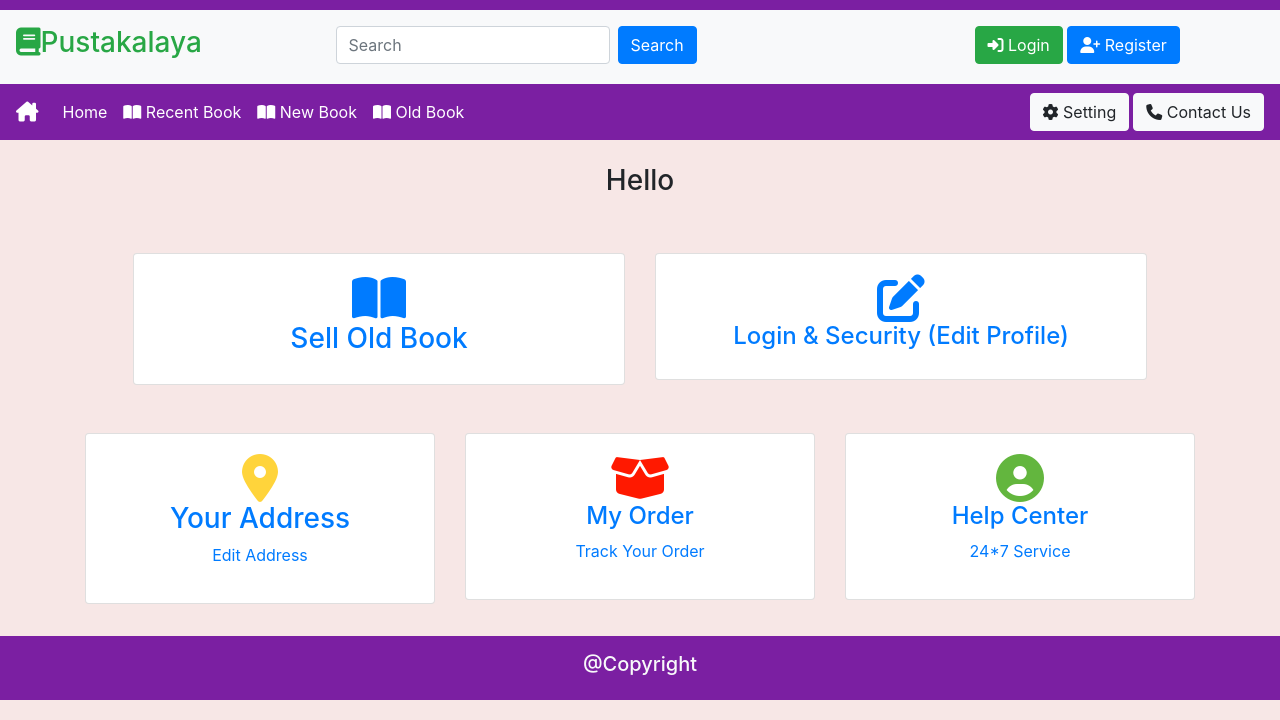
Repository: kalaprabhakar/Pustakalay_Web_Application
Page: http://localhost/E_Book_Management/setting.jsp
An editor plug-in stored every save of this project. The page is shown before and after the next save, followed by the edit.
The browser window is 1280 px wide. The pictures show the whole page.
Some web libraries are served in a nearby version. The page is served by Tomcat 10. Other server files are loaded and not shown.

Above is the page before, as saved 2024-02-28 14:06:51.

### E_Book_Management/src/main/webapp/setting.jsp
<%@ page language="java" contentType="text/html; charset=ISO-8859-1"
	pageEncoding="ISO-8859-1"%>
<!DOCTYPE html>
<html>
<head>
<meta charset="ISO-8859-1">
<title>Setting Page</title>
<%@ include file="all_component/allcss.jsp"%>

<style type="text/css">
.c1.a{

  text-decoration: none;
  color: black;

}

.c1.a:hover {
	text-decoration: none;
}

</style>
</head>
<body style="background-color: #f7e7e6">
	<%@ include file="all_component/navbar.jsp"%>
	<div class="container py-4 text-center">
		<h3>Hello ${userobj.name }</h3>
		<div class="row p-5">

			<div class="col-md-6 ">

				<a href="#" >
					<div class="card">
						<div class="card-body text-center">
							<div class="text-primary"><i class="fa-solid fa-book-open fa-3x"></i></div>
							<h3>Sell Old Book</h3>
						</div>
					</div>

				</a>


			</div>

			<div class="col-md-6">

				<a href="#">
					<div class="card">
						<div class="card-body text-center">
							<div class="text-primary"><i class="fa-solid fa-pen-to-square fa-3x"></i></div>
							<h4>Login & Security (Edit Profile)</h4>
						</div>
					</div>

				</a>


			</div>

		</div>

		<div class="row">

			<div class="col-md-4">

				<a href="#">
					<div class="card">
						<div class="card-body text-center">
							<div class="text-primary"><i class="fa-solid fa-location-dot fa-3x" style="color: #FFD43B;"></i></div>
							<h3>Your Address</h3>
							<p>Edit Address</p>
						</div>
					</div>

				</a>


			</div>

			<div class="col-md-4">

				<a href="#">
					<div class="card">
						<div class="card-body text-center">
							<div class="text-primary"><i class="fa-solid fa-box-open fa-3x" style="color: #ff1900;"></i></div>
							<h4>My Order</h4>
							<p>Track Your Order</p>
						</div>
					</div>

				</a>


			</div>
			<div class="col-md-4">

				<a href="#">
					<div class="card">
						<div class="card-body text-center">
							<div class="text-primary"><i class="fas fa-user-circle fa-3x" style="color: #63B63E;"></i></div>
							<h4>Help Center</h4>
							<p>24*7 Service</p>
						</div>
					</div>

				</a>


			</div>

		</div>

	</div>

<%@ include file="all_component/footer.jsp"%>
</body>
</html>

### E_Book_Management/src/main/webapp/all_component/allcss.jsp
<link rel="stylesheet"
	href="https://cdn.jsdelivr.net/npm/bootstrap@4.0.0/dist/css/bootstrap.min.css"
	integrity="sha384-Gn5384xqQ1aoWXA+058RXPxPg6fy4IWvTNh0E263XmFcJlSAwiGgFAW/dAiS6JXm"
	crossorigin="anonymous">

<script src="https://code.jquery.com/jquery-3.2.1.slim.min.js"
	integrity="sha384-KJ3o2DKtIkvYIK3UENzmM7KCkRr/rE9/Qpg6aAZGJwFDMVNA/GpGFF93hXpG5KkN"
	crossorigin="anonymous"></script>
<script
	src="https://cdn.jsdelivr.net/npm/popper.js@1.12.9/dist/umd/popper.min.js"
	integrity="sha384-ApNbgh9B+Y1QKtv3Rn7W3mgPxhU9K/ScQsAP7hUibX39j7fakFPskvXusvfa0b4Q"
	crossorigin="anonymous"></script>
<script
	src="https://cdn.jsdelivr.net/npm/bootstrap@4.0.0/dist/js/bootstrap.min.js"
	integrity="sha384-JZR6Spejh4U02d8jOt6vLEHfe/JQGiRRSQQxSfFWpi1MquVdAyjUar5+76PVCmYl"
	crossorigin="anonymous"></script>
<link rel="stylesheet"
	href="https://cdnjs.cloudflare.com/ajax/libs/font-awesome/6.5.1/css/all.min.css"
	integrity="sha512-DTOQO9RWCH3ppGqcWaEA1BIZOC6xxalwEsw9c2QQeAIftl+Vegovlnee1c9QX4TctnWMn13TZye+giMm8e2LwA=="
	crossorigin="anonymous" referrerpolicy="no-referrer" />

	<link  rel="stylesheet" href="all_component/style.css"/>

### E_Book_Management/src/main/webapp/all_component/navbar.jsp
<%@ taglib prefix="c" uri="http://java.sun.com/jsp/jstl/core"%>
<%@ page isELIgnored="false" %>

<div class="container-fluid" style="height : 10px ; background-color:  #7B1FA2 "></div>

<div class="container-fluid p-3 bg-light">
 <div class="row">
     <div class="col-md-3 text-success">
        <h3 > <i class="fa-solid fa-book"></i>Pustakalaya</h3>
     </div>
    <div class="col-md-6">
       <form class="form-inline my-2 my-lg-0">
      <input class="form-control mr-sm-2" type="search" placeholder="Search" aria-label="Search">
      <button class="btn btn-primary my-2 my-sm-0" type="submit">Search</button>
    </form>

    </div>
    <c:if test="${not empty userobj }">
    <div class="col-md-3">

    <a href="checkout.jsp" class="btn btn-ligh"><i class="fa-solid fa-cart-shopping  "></i></a>

      <a href="" class="btn btn-success"><i class="fa-solid fa-user-plus"></i>${userobj.name }</a>
      <a href="logout" class="btn btn-primary"><i class="fa-solid fa-right-to-bracket"></i> Logout</a>

    </div>

    </c:if>

    <c:if test="${ empty userobj }">
    <div class="col-md-3">
      <a href="login.jsp" class="btn btn-success"><i class="fa-solid fa-right-to-bracket"></i> Login</a>
      <a href="register.jsp" class="btn btn-primary"><i class="fa-solid fa-user-plus"></i> Register</a>

    </div>

    </c:if>

 </div>


</div>

<nav class="navbar navbar-expand-lg navbar-dark bg-custom">
  <a class="navbar-brand" href="#"><i class="fa-solid fa-house-chimney"></i></a>
  <button class="navbar-toggler" type="button" data-toggle="collapse" data-target="#navbarSupportedContent" aria-controls="navbarSupportedContent" aria-expanded="false" aria-label="Toggle navigation">
    <span class="navbar-toggler-icon"></span>
  </button>

  <div class="collapse navbar-collapse" id="navbarSupportedContent">
    <ul class="navbar-nav mr-auto">
      <li class="nav-item active">
        <a class="nav-link" href="index.jsp">Home <span class="sr-only">(current)</span></a>
      </li>
      <li class="nav-item active">
        <a class="nav-link" href="all_recent_book.jsp"> <i class="fa-solid fa-book-open"></i> Recent Book</a>
      </li>
      <li class="nav-item active">
        <a class="nav-link" href="all_new_book.jsp"> <i class="fa-solid fa-book-open"></i> New Book</a>
      </li>

      </li>
      <li class="nav-item active">
        <a class="nav-link disabled" href="all_old_book.jsp"> <i class="fa-solid fa-book-open"></i> Old Book</a>
      </li>
    </ul>
    <form class="form-inline my-2 my-lg-0">
      <a href="setting.jsp" class="btn btn-light my-2 my-sm-0" type="submit"><i class="fa-solid fa-gear"></i> Setting</a>
      <button class="btn btn-light my-2 my-sm-0 ml-1" type="submit"><i class="fa-solid fa-phone"></i> Contact Us</button>
    </form>
  </div>
</nav>

### E_Book_Management/src/main/webapp/all_component/footer.jsp
<div class="container-fluied text-center text-light p-3 mt-2" style="background-color: #7B1FA2 ">
  <h5>@Copyright</h5>
</div>

### E_Book_Management/src/main/webapp/all_component/style.css
.bg-custom {
	background-color : #7B1FA2 ;
}

.navbar .nav-item:hover .nav-link{

	background-color: white;
	color : black;
	border-radius : 20px ;
}

After the next save:
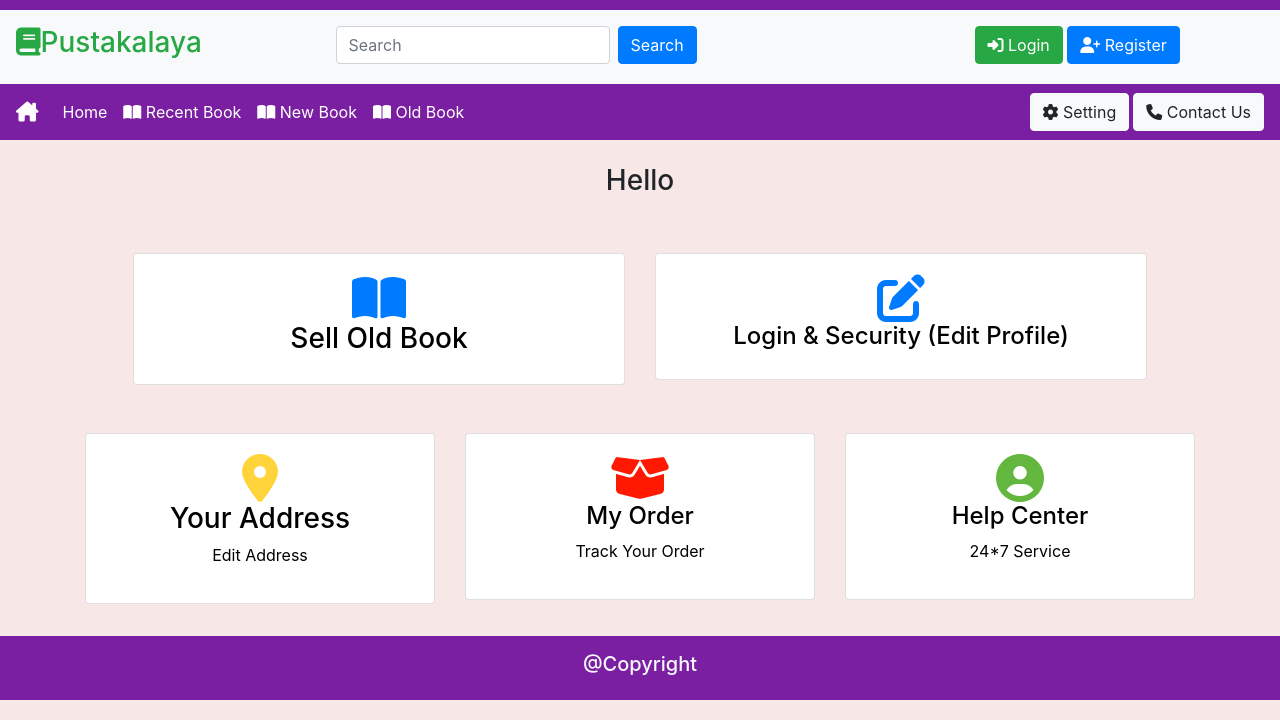
Saved 9 s later.
--- a/E_Book_Management/src/main/webapp/setting.jsp
+++ b/E_Book_Management/src/main/webapp/setting.jsp
@@ -8,14 +8,14 @@
 <%@ include file="all_component/allcss.jsp"%>
 
 <style type="text/css">
-.c1.a{
+a{
 
   text-decoration: none;
   color: black;
 
 }
 
-.c1.a:hover {
+a:hover {
 	text-decoration: none;
 }
 
